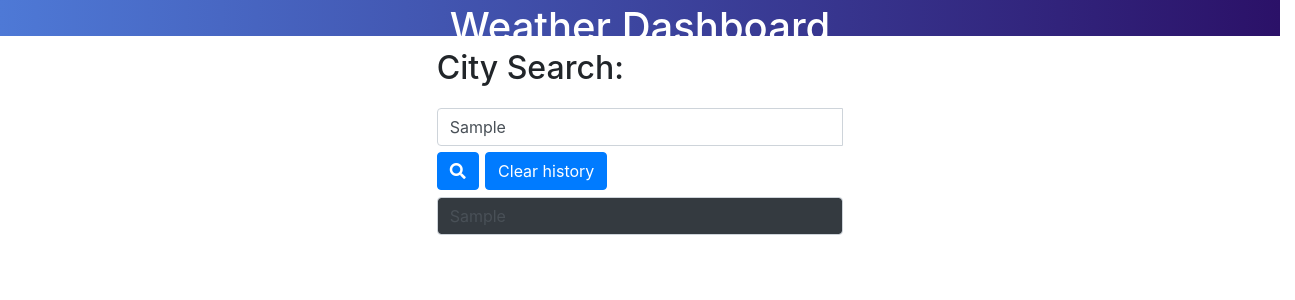
Repository: brenhamp/weather-dashboard
Page: index.html
These files come from the project's save history. The page is drawn as it stood at one moment and after the next save; the edit follows.
The browser window is 1280 px wide. The page is 1295 px wide, so the pictures cover 1295 px, including what lies to the right of the window. The pictures show the whole page.
Empty fields were first filled with sample values (such as "Sample", 5 or name@example.com).
After loading, the first visible `#search-button` was clicked once.
The page's requests for data from a server got no answer. Some web libraries are served in a nearby version.

Above is the page before, as saved 2021-12-12 21:05:26.
Console error (its wording comes from the project's code and is left out).

After the next save:
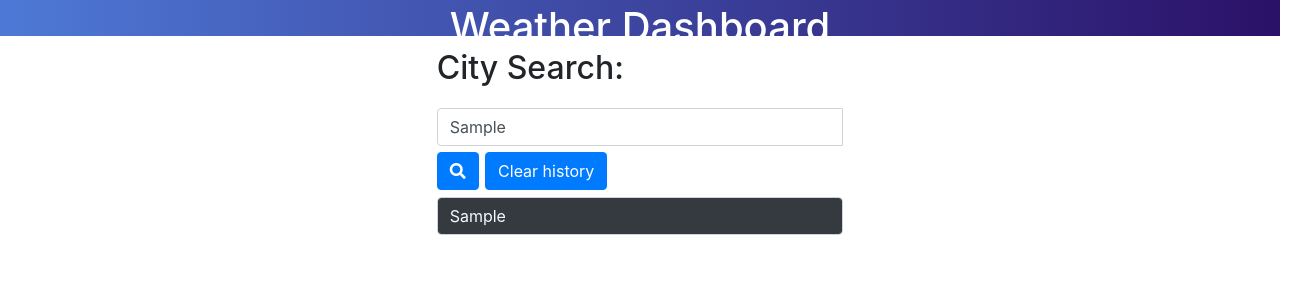
Saved 16 s later.
--- a/assets/js/script.js
+++ b/assets/js/script.js
@@ -113,7 +113,7 @@ const todaysWeather = document.getElementById("todays-weather");
             const historyEl = document.createElement("input");
                 historyEl.setAttribute("type", "text");
                 historyEl.setAttribute("readonly", true);
-                historyEl.setAttribute("class", "form-control d-flex bg-dark");
+                historyEl.setAttribute("class", "form-control d-flex bg-dark text-light");
                 historyEl.setAttribute("value", searchHistory[i]);
                 historyEl.addEventListener("click", function() {
                 getWeather(historyEl.value);
